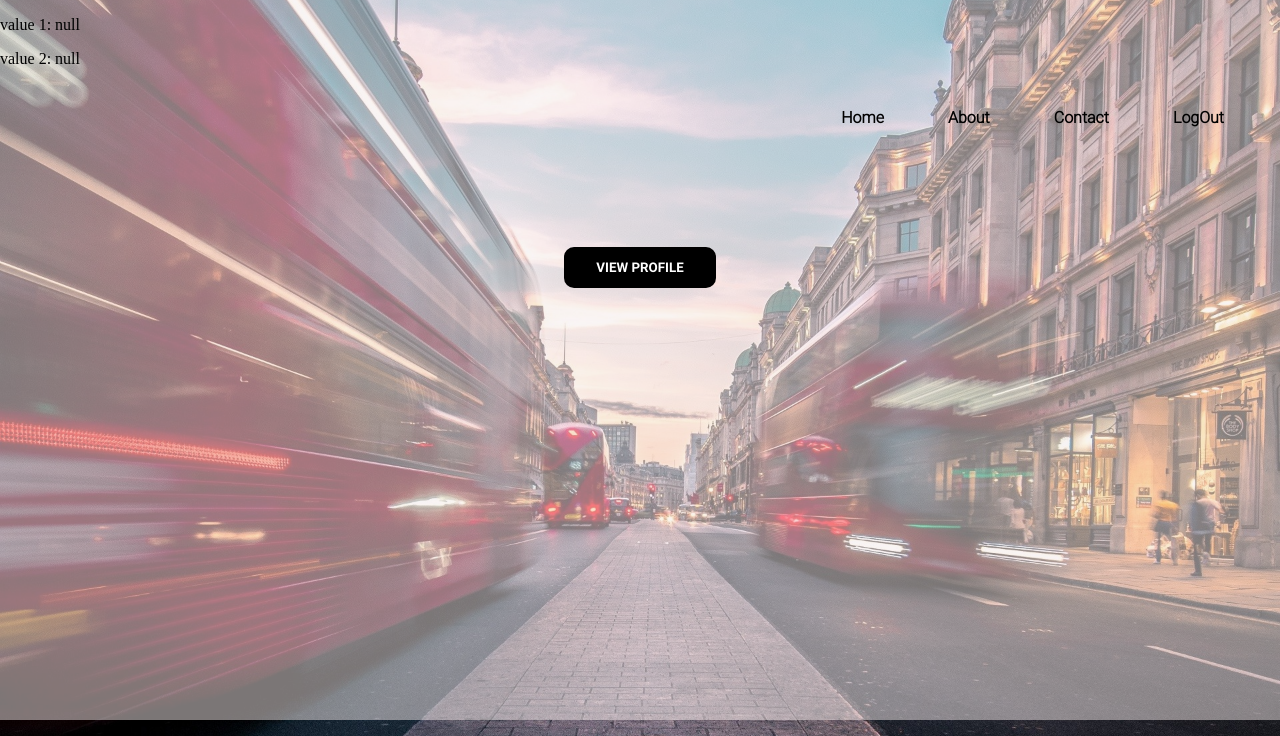
Repository: Savindushehan/RouteMaster-Group-project
Page: http://localhost/RouterMaster/MainHome.jsp
These files come from the project's save history. The page is drawn as it stood at one moment and after the next save; the edit follows.
The browser window is 1280 px wide. The pictures show the whole page.
The page is served by Tomcat 10.

Above is the page before, as saved 2023-10-10 14:20:33.
Console error: TypeError: Cannot set properties of null (setting 'onmousemove')

After the next save:
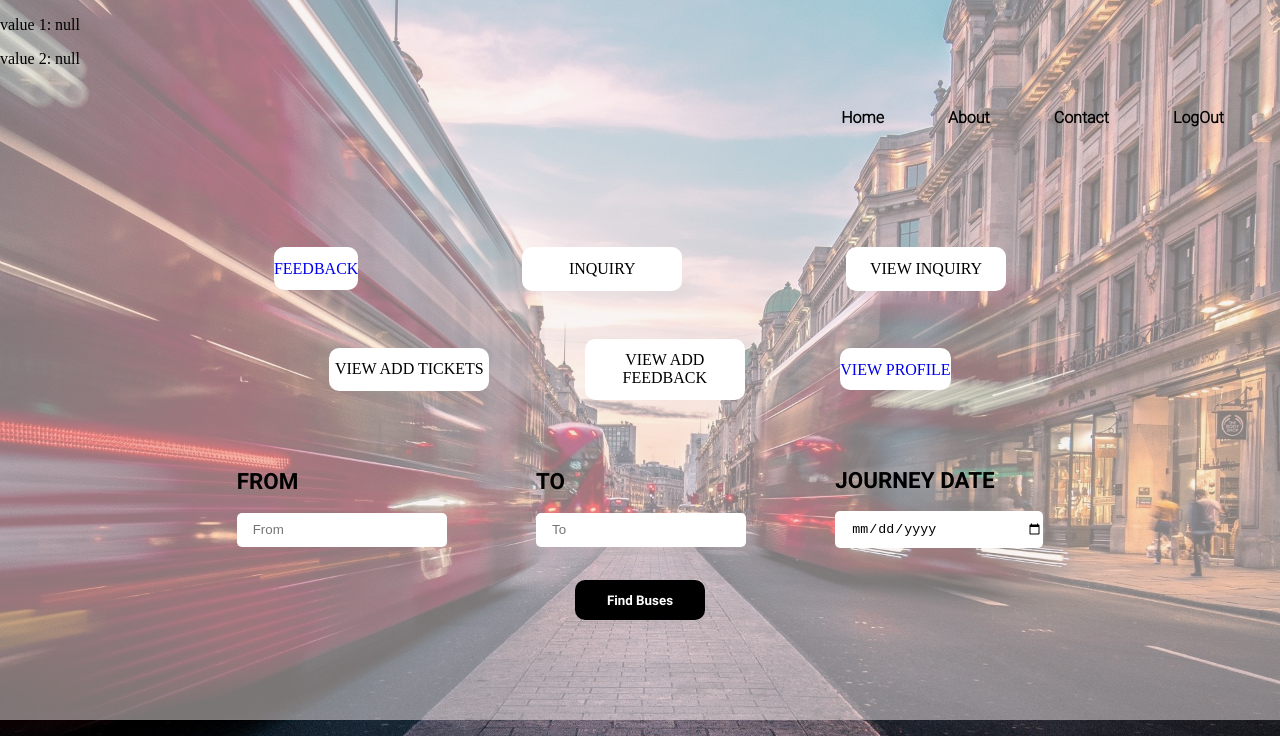
The error is gone.
Saved 14 h 9 min later.
--- a/RouteMaster/RouterMaster/src/main/webapp/MainHome.jsp
+++ b/RouteMaster/RouterMaster/src/main/webapp/MainHome.jsp
@@ -148,6 +148,7 @@
 String attr1 = (String) request.getAttribute("U1");
 String attr2 = (String) request.getAttribute("P1");
 %>
+
 <p>value 1: <%= attr1 %></p>
 <p>value 2: <%= attr2 %></p>
 
@@ -165,7 +166,33 @@ String attr2 = (String) request.getAttribute("P1");
    <input type="hidden" name="U1" value="<%= attr1 %>">
     <input type="hidden" name="P1" value="<%= attr2 %>">
 
-        <button id="s6" name="profile" value="profile">VIEW PROFILE</button>
+      <div class="row1">
+            <a href="Feedback.jsp"> <span id="s1" name="feedback">FEEDBACK</span></a>
+            <span id="s2" name="inquiry">INQUIRY</span>
+            <span id="s3" name="viewinquiry">VIEW INQUIRY</span>
+        </div>
+       <div class="row2">
+		<span id="s4" name="ticket">VIEW ADD TICKETS</span>
+   		 <span id="s5" name="viewfeedback">VIEW ADD FEEDBACK</span>
+	    <a href="LoginServlet?profile=profile"><span id="s6" name="profile" value="profile">VIEW PROFILE</span></a>
+	</div>
+
+
+            <div class="row3">
+                <div class="colomn1">
+                                    <h2>FROM</h2>
+                    <input type="text" id="from" name="from" placeholder="From">
+                </div>
+                <div class="colomn2">
+                    <h2>TO</h2>
+                    <input type="text" id="to" name="to" placeholder="To">
+                </div>
+                <div class="colomn3">
+                    <h2>JOURNEY DATE</h2>
+                    <input type="date" id="date" name="date">
+                </div>
+            </div>
+            <button id="btn">Find Buses</button>
 
 </form>
 
